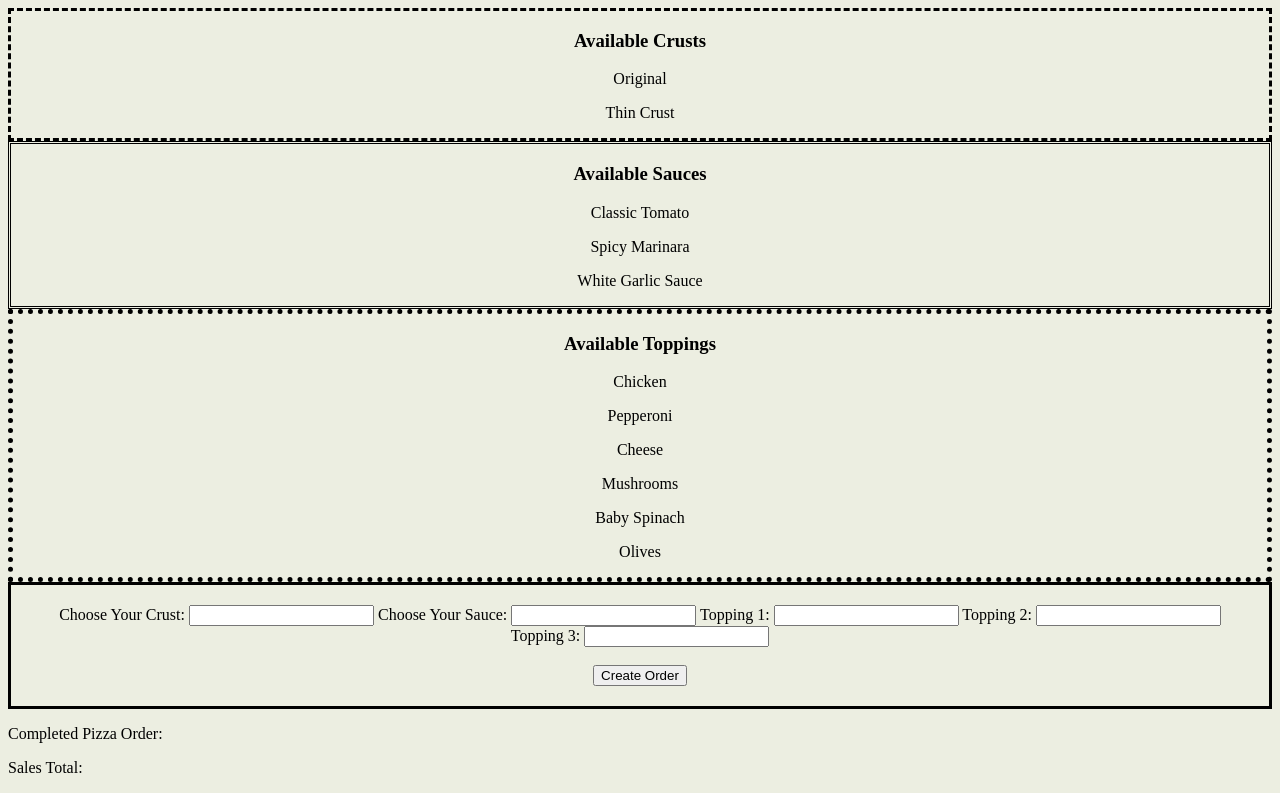
Repository: EmmanuelMefor/Pizza-order
Page: index.html
These files come from the project's save history. The page is drawn as it stood at one moment and after the next save; the edit follows.
The browser window is 1280 px wide. The pictures show the whole page.
Some web fonts or font styles are not loaded; a fallback is used.

Above is the page before, as saved 2024-01-05 18:25:02.
Console error: SyntaxError: Unexpected number

### index.html
<!DOCTYPE  html>
<html>
    <head>
        <title>Lesson 10 Final</title>
        <meta charset="utf-8">
        <link rel="stylesheet" href="style.css">
        <link rel="preconnect" href="https://fonts.gstatic.com">
        <link href="https://fonts.googleapis.com/css2?family=Goldman:wght@400;700&display=swap" rel="stylesheet">
    </head>
    <body>
        <div class="createOrder">
            <h3>Available Crusts</h3>
            <p>Original</p>
            <p>Thin Crust</p>
        </div>

        </div>

            <div class="s">
            <h3>Available Sauces</h3>
            <p>Classic Tomato</p>
            <p>Spicy Marinara</p>
            <p>White Garlic Sauce</p>
            </div>


            <div class="T">
            <h3 class>Available Toppings</h3>
            <p>Chicken</p>
            <p>Pepperoni</p>
            <p>Cheese</p>
            <p>Mushrooms</p>
            <p>Baby Spinach</p>
            <p>Olives</p>
        </div>

        <div class="form">
            <form>
                <label for="crust">Choose Your Crust:</label>
                <input type="text" id="crust" />
                <label for="sauce">Choose Your Sauce:</label>
                <input type="text" id="sauce" />
                <label for="Topping 1">Topping 1:</label>
                <input type="text" id="Topping 1">
                <label for="Topping 2">Topping 2:</label>
                <input type="text" id="t2">
                <label for="Topping 3">Topping 3:</label>
                <input type="text" id="t3"> <br>
                <br>
                <button type="submit" id="btn">Create Order</button>

            </form>

            <div id="Order">
                <p>Completed Pizza Order:</p>

            <div id="pizzaOrder">
                </div>

                <div id="toppings">
                    <p>Sales Total:</p>

                    <div id="total$">
                </div>

                </div>

                 <script src="script.js"></script>
                </body>

                </html>

### style.css
body {
  background-color: #eceee1;
}

.createOrder {
  text-align: center;
  border-style: dashed;
}

form {
  border: px;
  padding-top: 20px;
  padding-right: 20px;
  padding-left: 20px;
  padding-bottom: 20px;
  text-align: center;
  border-style: solid;
}

#labels {
  display: block;
}

.T {
  border-style: dotted;
  border-width: 5px;
  text-align: center;
}

.s {
  text-align: center;
  border-style: double;
}

### script.js
// Global variables
var crust = document.getElementById("crust");

var sauce = document.getElementById("sauce");

// toppings array
var topping = ["chicken", "Pepperoni", "Cheese", "Mushrooms", "BabySpinach", "Olives"]
for (var i=0; i<topping.length; i++ )

// event listener
var formButton = document.getElementById("btn");
Btn.addEventListener ("click", function calculateTotal(toppings) {
    event.preventDefault();

    var topping 1 = document.getElementById ("t1").value;
    var topping 2 = document.getElementById ("t2").value;
    var topping 3 = document.getElementById ("t3").value;

})




function calculateTotal(toppings) {
    let total = 0;
    let toppingCost = 2.50;
    let baseCost = 5.50; // cost of crust and sauce

    // order string concatenation

    let orderString = crust + sauce[i]



    let toppingString = "Toppings: ";

    // For Loop
    total = total + toppingCost
    toppingString = toppingString + toppingArray[i]

    // total = baseCost + cost of all toppings
  total = total + baseCost

    // set DOM total += total
       document.getElementById ("total"+"$").innerHTML = total
    // use DOM: = orderString
    document.getElementById ("pizzaOrders").innerHTML = order
    // use DOM: = toppingString
    document.getElementById ("toppings").innerHTML = toppings
}

After the next save:
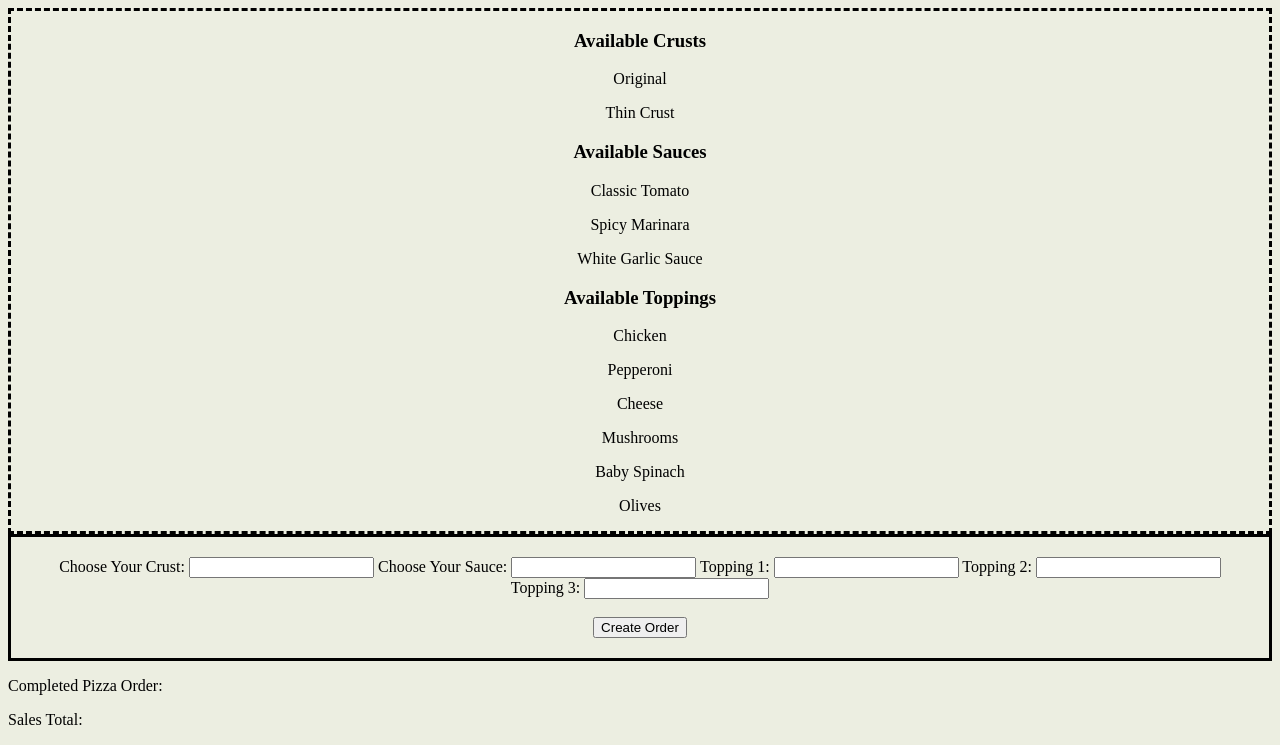
Saved 7 min 48 s later.
--- a/index.html
+++ b/index.html
@@ -12,19 +12,18 @@
             <h3>Available Crusts</h3>
             <p>Original</p>
             <p>Thin Crust</p>
-        </div>
 
-        </div>
 
-            <div class="s">
+
+
             <h3>Available Sauces</h3>
             <p>Classic Tomato</p>
             <p>Spicy Marinara</p>
             <p>White Garlic Sauce</p>
-            </div>
 
 
-            <div class="T">
+
+
             <h3 class>Available Toppings</h3>
             <p>Chicken</p>
             <p>Pepperoni</p>
